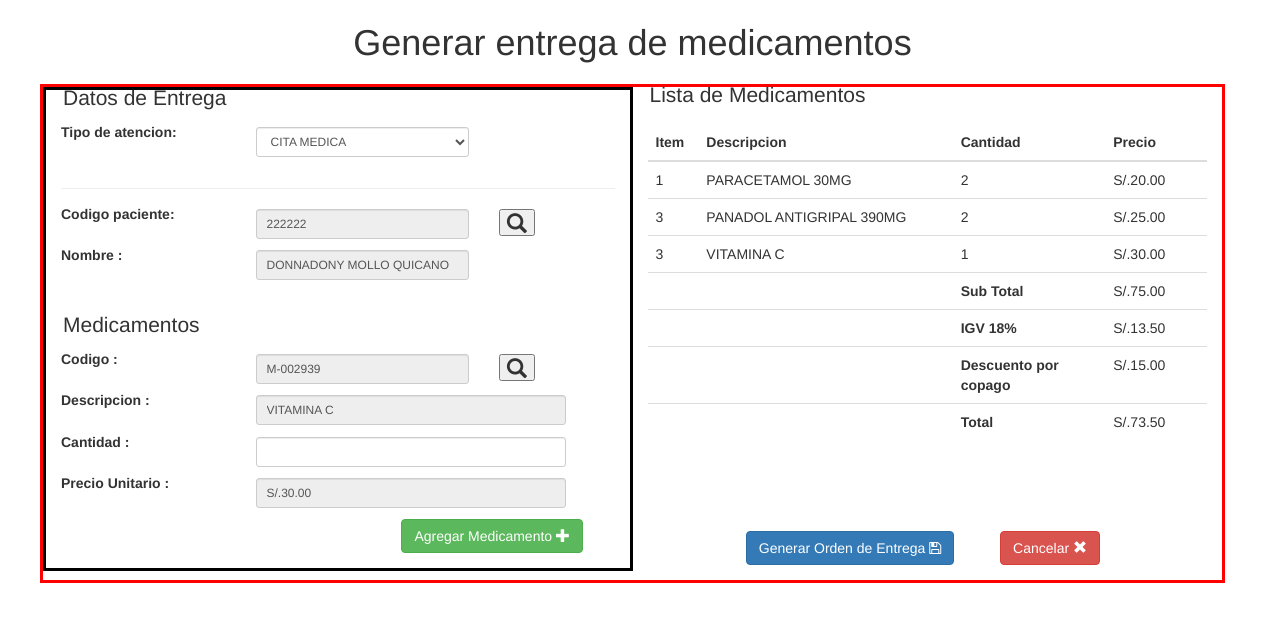
Repository: Donyx10/ADSII-ProyectoClinica
Page: http://localhost/AvanceWeb/GenerarOrdenDeEntregaDeMedicamentos2.jsp
These files come from the project's save history. The page is drawn as it stood at one moment and after the next save; the edit follows.
The browser window is 1280 px wide. The pictures show the whole page.
Some web fonts or font styles are not loaded; a fallback is used. The page is served by Tomcat 9. Other server files are loaded and not shown.

Above is the page before, as saved 2018-06-07 16:48:40.

### WebDemo/AvanceWeb/WebContent/GenerarOrdenDeEntregaDeMedicamentos2.jsp
<!DOCTYPE html>
<html lang="esS">
<head>
<meta charset="UTF-8">
<meta name="viewport"
	content="width=device-width, initial-scale=1, maximum-scale=1, user-scalable=no">
<script type="text/javascript" src="js/jquery.min.js"></script>
<script type="text/javascript" src="js/jquery.dataTables.min.js"></script>
<script type="text/javascript" src="js/dataTables.bootstrap.min.js"></script>
<script type="text/javascript" src="js/bootstrap.min.js"></script>
<script type="text/javascript" src="js/bootstrapValidator.js"></script>
<link rel="stylesheet" href="css/bootstrap.css" />
<link rel="stylesheet" href="css/dataTables.bootstrap.min.css" />
<link rel="stylesheet" href="css/style.css" />
<link rel="stylesheet" href="css/bootstrapValidator.css" />
<link rel="stylesheet"
	href="https://cdnjs.cloudflare.com/ajax/libs/font-awesome/4.7.0/css/font-awesome.min.css">
<title>Generar orden de entrega de medicamentos</title>

</head>
<body>

	<div class="container"
		style="padding-top: 3px; line-height: 0.8; padding-left: 0.01px;">
		<h1 align="center">Generar entrega de medicamentos</h1>
		<br>
		<form action="generarCita" id="id_form">
			<div class="form-group row"
				style="border-style: solid; border-color: red;">
				<div class="col-md-6"
					style="border-style: solid; border-color: black;">

					<div class="form-group row" align="left" id="paciente">
						<div class="col-md-12">
							<fieldset>
								<legend>Datos de Entrega</legend>
								<div class="row">
									<div class="col-md-4">
										<label class="" for="id_codigo">Tipo de atencion:</label>
									</div>
									<div class="col-md-5">
										<select class="form-control input-sm" style="">
											<option>CITA MEDICA
											<option>EMERGENCIA
										</select>
									</div>
								</div>
								<br>
								<hr>
								<div class="row">

									<div class="col-md-4">
										<label class="" for="id_codigo">Codigo paciente:</label>
									</div>
									<div class="col-md-5">
										<input class="form-control input-sm" type="text"
											value="222222" id="" name="" readonly="readonly"
											placeholder="Ingrese el codigo">
									</div>
									<div class="col-md-2">
										<button style="font-size: 20px">
											<i class="glyphicon glyphicon-search"></i>
										</button>
									</div>
								</div>
								<br>



								<div class="row">
									<div class="col-md-4">
										<label class="" for="">Nombre : </label>
									</div>
									<div class="col-md-5">
										<input class="form-control input-sm" type="text"
											readonly="readonly" value="DONNADONY MOLLO QUICANO" id=""
											name="" placeholder="Ingrese el nombre" size="30">
									</div>

								</div>
								<br>

							</fieldset>
						</div>


					</div>

					<br>
					<div class="form-group row" align="left" id="medicametos">
						<div class="col-md-12">
							<fieldset>
								<legend>Medicamentos</legend>

								<div class="row">

									<div class="col-md-4">
										<label class="" for="id_codigo">Codigo : </label>
									</div>
									<div class="col-md-5">
										<input class="form-control input-sm" type="text"
											value="M-002939" id="" name="" readonly="readonly"
											placeholder="">
									</div>
									<div class="col-md-2">
										<button style="font-size: 20px">
											<i class="glyphicon glyphicon-search"></i>
										</button>
									</div>
								</div>
								<br>
								<div class="row">

									<div class="col-md-4">
										<label class="" for="id_codigo">Descripcion : </label>
									</div>
									<div class="col-md-7">
										<input class="form-control input-sm" type="text"
											value="VITAMINA C" id="" name="" readonly="readonly"
											placeholder="">
									</div>

						</div>
						<br>
						<div class="row">

							<div class="col-md-4">
								<label class="" for="id_codigo">Cantidad : </label>
							</div>
							<div class="col-md-7">
								<input class="form-control input-sm" type="number"
									name="quantity" min="1" max="10">
							</div>

						</div>
						<br>
						<div class="row">

							<div class="col-md-4">
								<label class="" for="id_codigo">Precio Unitario : </label>
							</div>
							<div class="col-md-7">
								<input class="form-control input-sm" type="text" name="quantity"
									value="S/.30.00" readonly="readonly">
							</div>

						</div><br>
						<div class="row">
							<div class="col-md-2"></div>
							<div class="col-md-4"></div>
							<div class="col-md-1"></div>
							<div class="col-md-3">
								<button type="submit" class="btn btn-success">
									Agregar Medicamento <i class="glyphicon glyphicon-plus"></i>
								</button>
							</div>
						</div>
						</fieldset>
					</div>
				</div>


			</div>
			<div class="col-md-6">
				<div class="form-group row" id="medico">
					<div class="col-md-12">
						<fieldset>

							<legend> Lista de Medicamentos</legend>
							<div class="row">
								<div class="col-md-12">
									<table class="table table-sm">
										<thead>
											<tr>
												<th class="col-md-1">Item</th>
												<th class="col-md-5">Descripcion</th>
												<th class="col-md-3">Cantidad</th>
												<th class="col-md-2">Precio</th>

											</tr>
										</thead>
										<tbody>
											<tr>
												<td class="col-md-1">1</td>
												<td class="col-md-5">PARACETAMOL 30MG</td>
												<td class="col-md-3">2</td>
												<td class="col-md-2">S/.20.00</td>
											</tr>
											<tr>
												<td class="col-md-1">3</td>
												<td class="col-md-5">PANADOL ANTIGRIPAL 390MG</td>
												<td class="col-md-3">2</td>
												<td class="col-md-2">S/.25.00</td>
											</tr>
											<tr>
												<td class="col-md-1">3</td>
												<td class="col-md-5">VITAMINA C</td>
												<td class="col-md-3">1</td>
												<td class="col-md-2">S/.30.00</td>
											</tr>
											<tr>
												<td class="col-md-1"></td>
												<td class="col-md-5"></td>
												<td class="col-md-3"><strong>Sub Total</strong></td>
												<td class="col-md-2">S/.75.00</td>
											</tr>
											<tr>
												<td class="col-md-1"></td>
												<td class="col-md-5"></td>
												<td class="col-md-3"><strong>IGV 18%</strong></td>
												<td class="col-md-2">S/.13.50</td>
											</tr>
											<tr>
												<td class="col-md-1"></td>
												<td class="col-md-5"></td>
												<td class="col-md-3"><strong>Descuento por
														copago</strong></td>
												<td class="col-md-2">S/.15.00</td>
											</tr>
											<tr>
												<td class="col-md-1"></td>
												<td class="col-md-5"></td>
												<td class="col-md-3"><strong>Total</strong></td>
												<td class="col-md-2">S/.73.50</td>
											</tr>

										</tbody>
									</table>
								</div>
							</div>
						</fieldset>
					</div>
				</div>
				<br> <br> <br> <br> <br>
				<div class="form-group row" align="center" id="paciente">
					<div class="col-md-12">
						<div class="row">
							<div class="col-md-2"></div>
							<div class="col-md-4">
								<button type="submit" class="btn btn-primary">
									Generar Orden de Entrega <i class="fa fa-save"></i>
								</button>
							</div>
							<div class="col-md-1"></div>
							<div class="col-md-3">
								<button type="submit" class="btn btn-danger">
									Cancelar <span class="glyphicon glyphicon-remove"></span>
								</button>
							</div>
						</div>
					</div>
				</div>
			</div>
	</div>
	</div>
	</form>
	</div>
</body>
</html>

### WebDemo/AvanceWeb/WebContent/css/style.css


.table-fixed {
	width: 100%;
	background-color: #f3f3f3;
}

.table-fixed tbody {
	height: 120px;
	overflow-y: auto;
	width: 100%;
}

.table-fixed thead, .table-fixed tbody, .table-fixed tr, .table-fixed td,
	.table-fixed th {
	display: block;
}

.table-fixed tbody td {
	float: left;
}

.table-fixed thead tr th {
	float: left;
	background-color: #f39c12;
	border-color: #e67e22;
}

legend {
    display: block;
    padding-left: 2px;
    padding-right: 2px;
    border: none;
}

Loaded but not shown: WebDemo/AvanceWeb/WebContent/js/jquery.min.js (library); WebDemo/AvanceWeb/WebContent/js/jquery.dataTables.min.js (library); WebDemo/AvanceWeb/WebContent/js/dataTables.bootstrap.min.js (common file); WebDemo/AvanceWeb/WebContent/js/bootstrap.min.js (library); WebDemo/AvanceWeb/WebContent/js/bootstrapValidator.js (library); WebDemo/AvanceWeb/WebContent/css/bootstrap.css (library); WebDemo/AvanceWeb/WebContent/css/dataTables.bootstrap.min.css (library); WebDemo/AvanceWeb/WebContent/css/bootstrapValidator.css (common file)

After the next save:
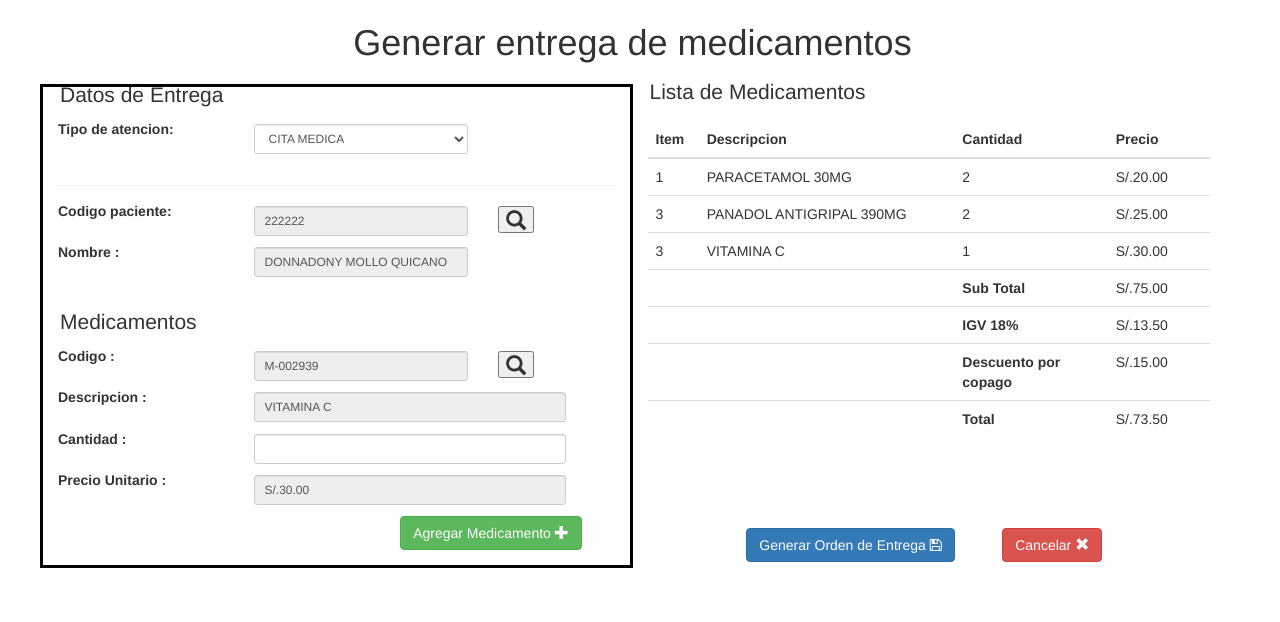
Saved 18 s later.
--- a/WebDemo/AvanceWeb/WebContent/GenerarOrdenDeEntregaDeMedicamentos2.jsp
+++ b/WebDemo/AvanceWeb/WebContent/GenerarOrdenDeEntregaDeMedicamentos2.jsp
@@ -26,7 +26,7 @@
 		<br>
 		<form action="generarCita" id="id_form">
 			<div class="form-group row"
-				style="border-style: solid; border-color: red;">
+				>
 				<div class="col-md-6"
 					style="border-style: solid; border-color: black;">
 
